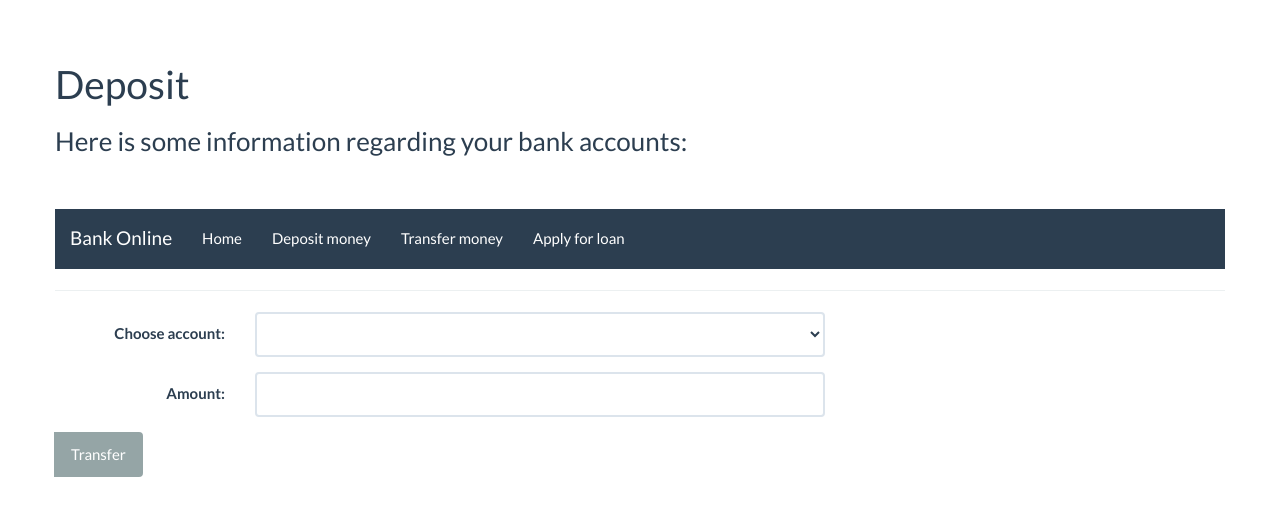
Repository: klitusas/SpringMVCBanking
Page: http://localhost/loans
These files come from the project's save history. The page is drawn as it stood at one moment and after the next save; the edit follows.
The browser window is 1280 px wide. The pictures show the whole page.
The page is this project's Thymeleaf template; nobody is signed in. The template is opened directly, without the code that normally fills it, so the values that code supplies are empty.

Above is the page before, as saved 2017-03-01 19:32:39.

After the next save:
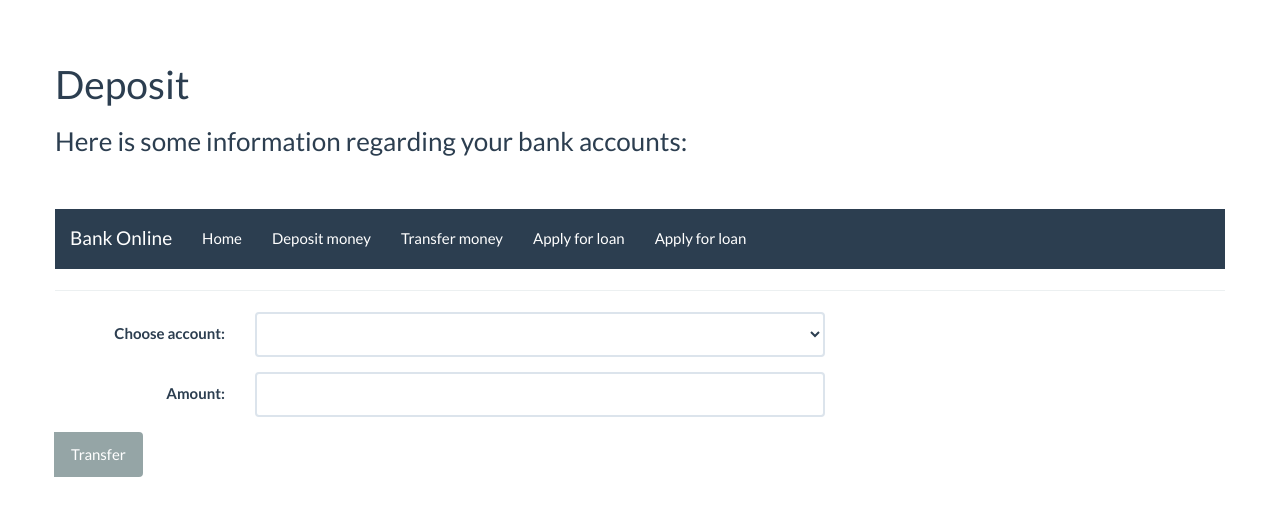
Saved 58 s later.
--- a/banking/src/main/resources/templates/loans.html
+++ b/banking/src/main/resources/templates/loans.html
@@ -24,6 +24,7 @@
 					      <li><a th:href="@{/accounts}">Home</a></li>
 					      <li><a  th:href="@{/deposit}">Deposit money</a></li>
 					      <li><a th:href="@{/transfer}">Transfer money</a></li>
+					      <li><a th:href="@{/withdraw}">Apply for loan</a></li>
 					      <li><a href="#">Apply for loan</a></li>
 					    </ul>
  				 </div>
